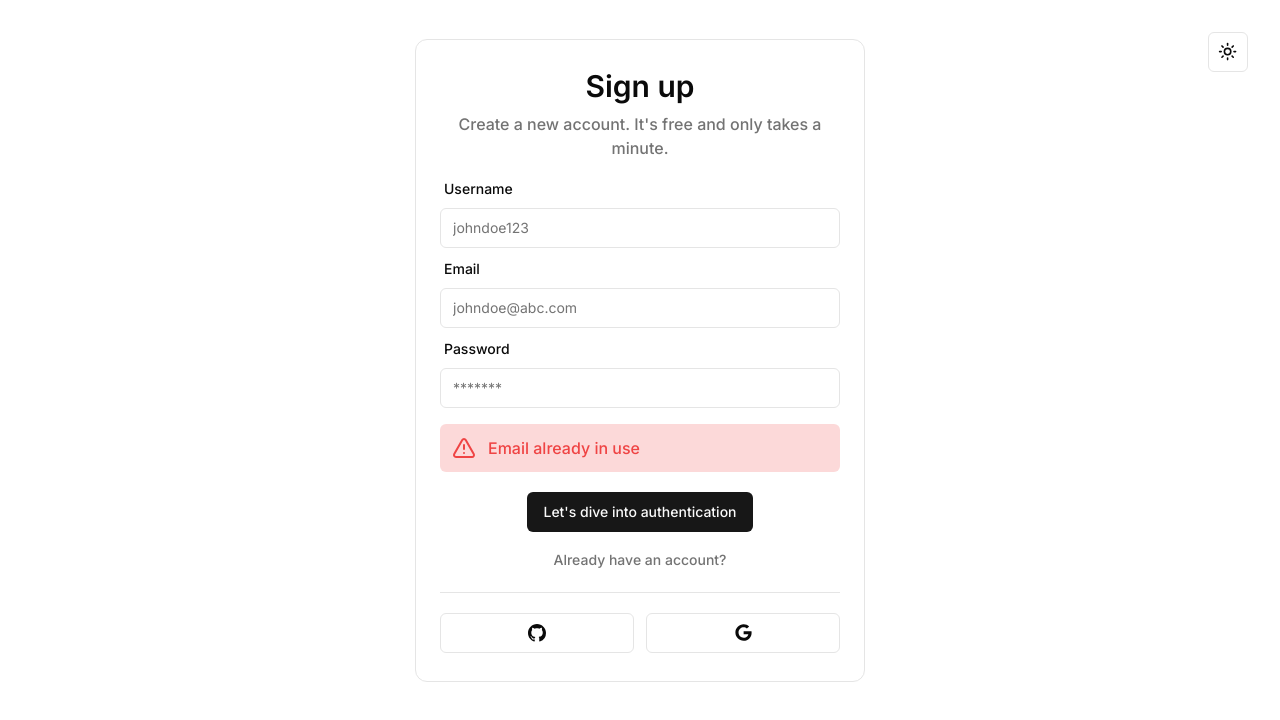
Repository: nickgoel31/authentication-toolkit
Page: /sign-up
The author's editor kept a copy of each file at every save. The page is drawn from the files as they stood at one save, then again after the next save.
The browser window is 1280 px wide. The pictures show the whole page.
The project was rebuilt for these pictures with package versions that can differ from the ones it lists, and the page was loaded fresh each time. The framework's server and built-in components were replaced by stand-ins that run in the browser. Also part of the build but not shown: next.config.mjs.

Above is the page before, as saved 2024-02-04 18:10:34.

### app/layout.tsx
import type { Metadata } from "next";
import { Inter } from "next/font/google";
import "./globals.css";
import { ThemeProvider } from "@/providers/theme-provider";
import { ModeToggle } from "@/components/mode-toggle";

const inter = Inter({ subsets: ["latin"] });

export const metadata: Metadata = {
  title: "Authentication App",
  description: "Generated by create next app",
};

export default function RootLayout({
  children,
}: Readonly<{
  children: React.ReactNode;
}>) {
  return (
    <html lang="en">
      <body className={inter.className}>
      <ThemeProvider
        attribute="class"
        defaultTheme="system"
        enableSystem
        disableTransitionOnChange
        >
        <div className="relative h-full">
          {children}
          <div className="absolute top-8 right-8">
            <ModeToggle />
          </div>
        </div>

      </ThemeProvider>
      </body>
    </html>
  );
}

### app/(auth)/layout.tsx
import React from 'react'

const AuthLayout = ({children} : {children:React.ReactNode}) => {
  return (
    <div className='h-full flex flex-col items-center justify-center'>
        {children}
    </div>
  )
}

export default AuthLayout

### app/(auth)/sign-up/page.tsx
import FormWrapper from '@/components/auth/form-wrapper'
import SignUpForm from '@/components/auth/sign-up-form'
import React from 'react'

const SignUpPage = () => {
  return (
    <FormWrapper
    title='Sign up'
    tag="Create a new account. It's free and only takes a minute."
    backLabel='Already have an account?'
    backHref='/sign-in'
    showSocial
    >
      <SignUpForm />
    </FormWrapper>
  )
}

export default SignUpPage

### app/globals.css
@tailwind base;
@tailwind components;
@tailwind utilities;

html,body{
  height: 100%;
}

@layer base {
  :root {
    --background: 0 0% 100%;
    --foreground: 0 0% 3.9%;

    --card: 0 0% 100%;
    --card-foreground: 0 0% 3.9%;

    --popover: 0 0% 100%;
    --popover-foreground: 0 0% 3.9%;

    --primary: 0 0% 9%;
    --primary-foreground: 0 0% 98%;

    --secondary: 0 0% 96.1%;
    --secondary-foreground: 0 0% 9%;

    --muted: 0 0% 96.1%;
    --muted-foreground: 0 0% 45.1%;

    --accent: 0 0% 96.1%;
    --accent-foreground: 0 0% 9%;

    --destructive: 0 84.2% 60.2%;
    --destructive-foreground: 0 0% 98%;

    --border: 0 0% 89.8%;
    --input: 0 0% 89.8%;
    --ring: 0 0% 3.9%;

    --radius: 0.5rem;
  }

  .dark {
    --background: 0 0% 3.9%;
    --foreground: 0 0% 98%;

    --card: 0 0% 3.9%;
    --card-foreground: 0 0% 98%;

    --popover: 0 0% 3.9%;
    --popover-foreground: 0 0% 98%;

    --primary: 0 0% 98%;
    --primary-foreground: 0 0% 9%;

    --secondary: 0 0% 14.9%;
    --secondary-foreground: 0 0% 98%;

    --muted: 0 0% 14.9%;
    --muted-foreground: 0 0% 63.9%;

    --accent: 0 0% 14.9%;
    --accent-foreground: 0 0% 98%;

    --destructive: 0 62.8% 30.6%;
    --destructive-foreground: 0 0% 98%;

    --border: 0 0% 14.9%;
    --input: 0 0% 14.9%;
    --ring: 0 0% 83.1%;
  }
}

@layer base {
  * {
    @apply border-border;
  }
  body {
    @apply bg-background text-foreground;
  }
}

### components/mode-toggle.tsx
"use client"

import * as React from "react"
import { Moon, Sun } from "lucide-react"
import { useTheme } from "next-themes"

import { Button } from "@/components/ui/button"
import {
  DropdownMenu,
  DropdownMenuContent,
  DropdownMenuItem,
  DropdownMenuTrigger,
} from "@/components/ui/dropdown-menu"

export function ModeToggle() {
  const { setTheme } = useTheme()

  return (
    <DropdownMenu>
      <DropdownMenuTrigger asChild>
        <Button variant="outline" size="icon">
          <Sun className="h-[1.2rem] w-[1.2rem] rotate-0 scale-100 transition-all dark:-rotate-90 dark:scale-0" />
          <Moon className="absolute h-[1.2rem] w-[1.2rem] rotate-90 scale-0 transition-all dark:rotate-0 dark:scale-100" />
          <span className="sr-only">Toggle theme</span>
        </Button>
      </DropdownMenuTrigger>
      <DropdownMenuContent align="end">
        <DropdownMenuItem onClick={() => setTheme("light")}>
          Light
        </DropdownMenuItem>
        <DropdownMenuItem onClick={() => setTheme("dark")}>
          Dark
        </DropdownMenuItem>
        <DropdownMenuItem onClick={() => setTheme("system")}>
          System
        </DropdownMenuItem>
      </DropdownMenuContent>
    </DropdownMenu>
  )
}

### components/auth/form-wrapper.tsx
import React from 'react'
import { Button } from '../ui/button';
import { FaGoogle } from 'react-icons/fa6';
import { BsGithub } from 'react-icons/bs';
import Link from 'next/link';

interface FormWrapperProps {
    children:React.ReactNode;
    title?: string | undefined;
    tag?: string | undefined;
    showSocial?: boolean;
    backHref: string;
    backLabel?: string | undefined;
}

const FormWrapper = ({children, title, tag, backHref, backLabel, showSocial=false} : FormWrapperProps) => {
  return (
    <div className='flex flex-col items-center justify-center text-center p-6 py-7 border w-[450px] rounded-xl'>
        <div className='flex flex-col gap-2'>
            <h2 className='text-3xl font-semibold'>{title}</h2>
            <p className='text-muted-foreground font-medium'>{tag}</p>
            <div className='mt-2 flex flex-col text-start'>
                {children}
            </div>

            <div className='items-center flex justify-center'>
                <Button variant={"link"} className='text-muted-foreground text-sm'><Link href={backHref}>{backLabel}</Link></Button>
            </div>

        </div>
        <div className='w-full'>
            {showSocial && (
                <>
                    <hr  className='mt-3 mb-5'/>
                    <div className='flex items-center justify-center gap-3 w-full'>
                        <Button variant={'outline'} className='w-full'><BsGithub size={18}/></Button>
                        <Button variant={'outline'} className='w-full flex items-center gap-2'>
                            <FaGoogle size={17}/></Button>
                    </div>
                </>
            )}
        </div>
    </div>
  )
}

export default FormWrapper

### components/auth/sign-up-form.tsx
"use client"

import React from 'react'
import { zodResolver } from "@hookform/resolvers/zod"
import { useForm } from "react-hook-form"
import { z } from "zod"

import { Button } from "@/components/ui/button"
import {
  Form,
  FormControl,
  FormDescription,
  FormField,
  FormItem,
  FormLabel,
  FormMessage,
} from "@/components/ui/form"
import { Input } from "@/components/ui/input"
import { registerSchema } from '@/schemas'
import { register } from '@/actions/register'
import ErrorMessage from './error-message'
import SuccessMessage from './success-message'

const SignUpForm = () => {

    const form = useForm<z.infer<typeof registerSchema>>({
        resolver: zodResolver(registerSchema),
        defaultValues:{
            userName:"",
            email:"",
            password: ""
        }
    })

    const onSubmit = (values: z.infer<typeof registerSchema>) => {
        register(values);
    }


  return (
    <Form {...form}>
        <form  onSubmit={form.handleSubmit(onSubmit)}>

            <FormField
                control={form.control}
                name="userName"
                render={({field}) => (
                <FormItem>
                    <FormLabel className='ml-1'>Username</FormLabel>
                    <FormControl>
                        <Input type='text' placeholder='johndoe123' {...field}/>
                    </FormControl>
                    <FormDescription />
                    <FormMessage />
                </FormItem>
                )}
            />

            <FormField
                control={form.control}
                name="email"
                render={({field}) => (
                <FormItem>
                    <FormLabel className='ml-1'>Email</FormLabel>
                    <FormControl>
                        <Input type='email' placeholder='johndoe@abc.com' {...field}/>
                    </FormControl>
                    <FormDescription />
                    <FormMessage />
                </FormItem>
                )}
            />
            <FormField
                control={form.control}
                name="password"
                render={({field}) => (
                <FormItem>
                    <FormLabel className='ml-1'>Password</FormLabel>
                    <FormControl>
                        <Input type='password' placeholder='*******' {...field}/>
                    </FormControl>
                    <FormDescription />
                    <FormMessage />
                </FormItem>
                )}
            />

            <ErrorMessage message='Email already in use'/>
            <SuccessMessage />

            <div className='w-full items-center justify-center flex mt-5'>
                <Button type='submit' className=''>Let's dive into authentication</Button>
            </div>
        </form>
    </Form>
  )
}

export default SignUpForm

### components/ui/button.tsx
import * as React from "react"
import { Slot } from "@radix-ui/react-slot"
import { cva, type VariantProps } from "class-variance-authority"

import { cn } from "@/lib/utils"

const buttonVariants = cva(
  "inline-flex items-center justify-center whitespace-nowrap rounded-md text-sm font-medium ring-offset-background transition-colors focus-visible:outline-none focus-visible:ring-2 focus-visible:ring-ring focus-visible:ring-offset-2 disabled:pointer-events-none disabled:opacity-50",
  {
    variants: {
      variant: {
        default: "bg-primary text-primary-foreground hover:bg-primary/90",
        destructive:
          "bg-destructive text-destructive-foreground hover:bg-destructive/90",
        outline:
          "border border-input bg-background hover:bg-accent hover:text-accent-foreground",
        secondary:
          "bg-secondary text-secondary-foreground hover:bg-secondary/80",
        ghost: "hover:bg-accent hover:text-accent-foreground",
        link: "text-primary underline-offset-4 hover:underline",
      },
      size: {
        default: "h-10 px-4 py-2",
        sm: "h-9 rounded-md px-3",
        lg: "h-11 rounded-md px-8",
        icon: "h-10 w-10",
      },
    },
    defaultVariants: {
      variant: "default",
      size: "default",
    },
  }
)

export interface ButtonProps
  extends React.ButtonHTMLAttributes<HTMLButtonElement>,
    VariantProps<typeof buttonVariants> {
  asChild?: boolean
}

const Button = React.forwardRef<HTMLButtonElement, ButtonProps>(
  ({ className, variant, size, asChild = false, ...props }, ref) => {
    const Comp = asChild ? Slot : "button"
    return (
      <Comp
        className={cn(buttonVariants({ variant, size, className }))}
        ref={ref}
        {...props}
      />
    )
  }
)
Button.displayName = "Button"

export { Button, buttonVariants }

### components/ui/form.tsx
import * as React from "react"
import * as LabelPrimitive from "@radix-ui/react-label"
import { Slot } from "@radix-ui/react-slot"
import {
  Controller,
  ControllerProps,
  FieldPath,
  FieldValues,
  FormProvider,
  useFormContext,
} from "react-hook-form"

import { cn } from "@/lib/utils"
import { Label } from "@/components/ui/label"

const Form = FormProvider

type FormFieldContextValue<
  TFieldValues extends FieldValues = FieldValues,
  TName extends FieldPath<TFieldValues> = FieldPath<TFieldValues>
> = {
  name: TName
}

const FormFieldContext = React.createContext<FormFieldContextValue>(
  {} as FormFieldContextValue
)

const FormField = <
  TFieldValues extends FieldValues = FieldValues,
  TName extends FieldPath<TFieldValues> = FieldPath<TFieldValues>
>({
  ...props
}: ControllerProps<TFieldValues, TName>) => {
  return (
    <FormFieldContext.Provider value={{ name: props.name }}>
      <Controller {...props} />
    </FormFieldContext.Provider>
  )
}

const useFormField = () => {
  const fieldContext = React.useContext(FormFieldContext)
  const itemContext = React.useContext(FormItemContext)
  const { getFieldState, formState } = useFormContext()

  const fieldState = getFieldState(fieldContext.name, formState)

  if (!fieldContext) {
    throw new Error("useFormField should be used within <FormField>")
  }

  const { id } = itemContext

  return {
    id,
    name: fieldContext.name,
    formItemId: `${id}-form-item`,
    formDescriptionId: `${id}-form-item-description`,
    formMessageId: `${id}-form-item-message`,
    ...fieldState,
  }
}

type FormItemContextValue = {
  id: string
}

const FormItemContext = React.createContext<FormItemContextValue>(
  {} as FormItemContextValue
)

const FormItem = React.forwardRef<
  HTMLDivElement,
  React.HTMLAttributes<HTMLDivElement>
>(({ className, ...props }, ref) => {
  const id = React.useId()

  return (
    <FormItemContext.Provider value={{ id }}>
      <div ref={ref} className={cn("space-y-2", className)} {...props} />
    </FormItemContext.Provider>
  )
})
FormItem.displayName = "FormItem"

const FormLabel = React.forwardRef<
  React.ElementRef<typeof LabelPrimitive.Root>,
  React.ComponentPropsWithoutRef<typeof LabelPrimitive.Root>
>(({ className, ...props }, ref) => {
  const { error, formItemId } = useFormField()

  return (
    <Label
      ref={ref}
      className={cn(error && "text-destructive", className)}
      htmlFor={formItemId}
      {...props}
    />
  )
})
FormLabel.displayName = "FormLabel"

const FormControl = React.forwardRef<
  React.ElementRef<typeof Slot>,
  React.ComponentPropsWithoutRef<typeof Slot>
>(({ ...props }, ref) => {
  const { error, formItemId, formDescriptionId, formMessageId } = useFormField()

  return (
    <Slot
      ref={ref}
      id={formItemId}
      aria-describedby={
        !error
          ? `${formDescriptionId}`
          : `${formDescriptionId} ${formMessageId}`
      }
      aria-invalid={!!error}
      {...props}
    />
  )
})
FormControl.displayName = "FormControl"

const FormDescription = React.forwardRef<
  HTMLParagraphElement,
  React.HTMLAttributes<HTMLParagraphElement>
>(({ className, ...props }, ref) => {
  const { formDescriptionId } = useFormField()

  return (
    <p
      ref={ref}
      id={formDescriptionId}
      className={cn("text-sm text-muted-foreground", className)}
      {...props}
    />
  )
})
FormDescription.displayName = "FormDescription"

const FormMessage = React.forwardRef<
  HTMLParagraphElement,
  React.HTMLAttributes<HTMLParagraphElement>
>(({ className, children, ...props }, ref) => {
  const { error, formMessageId } = useFormField()
  const body = error ? String(error?.message) : children

  if (!body) {
    return null
  }

  return (
    <p
      ref={ref}
      id={formMessageId}
      className={cn("text-sm font-medium text-destructive", className)}
      {...props}
    >
      {body}
    </p>
  )
})
FormMessage.displayName = "FormMessage"

export {
  useFormField,
  Form,
  FormItem,
  FormLabel,
  FormControl,
  FormDescription,
  FormMessage,
  FormField,
}

### components/ui/input.tsx
import * as React from "react"

import { cn } from "@/lib/utils"

export interface InputProps
  extends React.InputHTMLAttributes<HTMLInputElement> {}

const Input = React.forwardRef<HTMLInputElement, InputProps>(
  ({ className, type, ...props }, ref) => {
    return (
      <input
        type={type}
        className={cn(
          "flex h-10 w-full rounded-md border border-input bg-background px-3 py-2 text-sm ring-offset-background file:border-0 file:bg-transparent file:text-sm file:font-medium placeholder:text-muted-foreground focus-visible:outline-none focus-visible:ring-2 focus-visible:ring-ring focus-visible:ring-offset-2 disabled:cursor-not-allowed disabled:opacity-50",
          className
        )}
        ref={ref}
        {...props}
      />
    )
  }
)
Input.displayName = "Input"

export { Input }

### schemas/index.ts
import {z} from "zod"

export const loginSchema = z.object({
    email: z.string().email(),
    password: z.string().min(1, {
        message: "Password must not be empty"
    })
})

export const registerSchema = z.object({
    userName:  z.string().min(4,{message: "Username cannot be blank"}),
    email: z.string().email(),
    password: z.string().min(5, {
        message: "Password must contain at least 5 characters"
    }).includes("@",{
        message: "Password should contain @ symbol"
    })
})

### actions/register.ts
"use server"

import { db } from "@/lib/db";
import { registerSchema } from "@/schemas"
import { z } from "zod"
import bcryptjs from "bcryptjs"
import { getUserByEmail } from "@/helpers/auth-helper";

export const register = async (values: z.infer<typeof registerSchema>) => {

    //Revalidate Fields

    const validatedFields = registerSchema.safeParse(values);

    if(!validatedFields.success){
        return {error: "Email already exists"}
    }

    //hashedPassword
    const hashedPassword = await bcryptjs.hash(validatedFields.data.password, 10);

    const existingUser = await getUserByEmail(validatedFields.data.email)

    if(existingUser?.email === validatedFields.data.email){
        return {error: "Email already in use"}
    }


    //create a user

    await db.user.create({
        data:{
            userName: validatedFields.data.userName,
            email: validatedFields.data.email,
            password:  hashedPassword,
        }
    })

    return { success : "Email Sent Successfully"}

}

### components/auth/error-message.tsx
import { AlertTriangle } from 'lucide-react'
import React from 'react'

const ErrorMessage = ({message} : {message : string}) => {

    if(!message) return null;

  return (
    <div className='w-full p-3 flex items-center bg-destructive/20 text-destructive mt-4 gap-3 font-medium mb-4 rounded-md'>
        <AlertTriangle />
        {message}
    </div>
  )
}

export default ErrorMessage

### components/ui/label.tsx
"use client"

import * as React from "react"
import * as LabelPrimitive from "@radix-ui/react-label"
import { cva, type VariantProps } from "class-variance-authority"

import { cn } from "@/lib/utils"

const labelVariants = cva(
  "text-sm font-medium leading-none peer-disabled:cursor-not-allowed peer-disabled:opacity-70"
)

const Label = React.forwardRef<
  React.ElementRef<typeof LabelPrimitive.Root>,
  React.ComponentPropsWithoutRef<typeof LabelPrimitive.Root> &
    VariantProps<typeof labelVariants>
>(({ className, ...props }, ref) => (
  <LabelPrimitive.Root
    ref={ref}
    className={cn(labelVariants(), className)}
    {...props}
  />
))
Label.displayName = LabelPrimitive.Root.displayName

export { Label }

### lib/db.ts
import { PrismaClient } from "@prisma/client";

declare global {
    var prisma: PrismaClient | undefined;
}

export const db = globalThis.prisma || new PrismaClient()
if (process.env.NODE_ENV !== 'production') globalThis.prisma = db

### helpers/auth-helper.ts
import { db } from "@/lib/db";

export const getUserByEmail = async (email: string) => {

    const user = await db.user.findUnique({
        where:{
            email
        }
    })

    return user;

}

### components/auth/success-message.tsx
import { Check, CheckCircle } from 'lucide-react'
import React from 'react'

const SuccessMessage = ({message} : {message : string}) => {

  if(!message) return null;

  return (
    <div className='w-full p-3 flex items-center bg-emerald-600/20 text-emerald-600 mt-4 gap-3 font-medium mb-4 rounded-md'>
        <CheckCircle />
        {message}
    </div>
  )
}

export default SuccessMessage

Loaded but not shown: providers/theme-provider.tsx (common file); lib/utils.ts (common file); tailwind.config.ts (common file); components/ui/dropdown-menu.tsx (200 lines, source omitted)

After the next save:
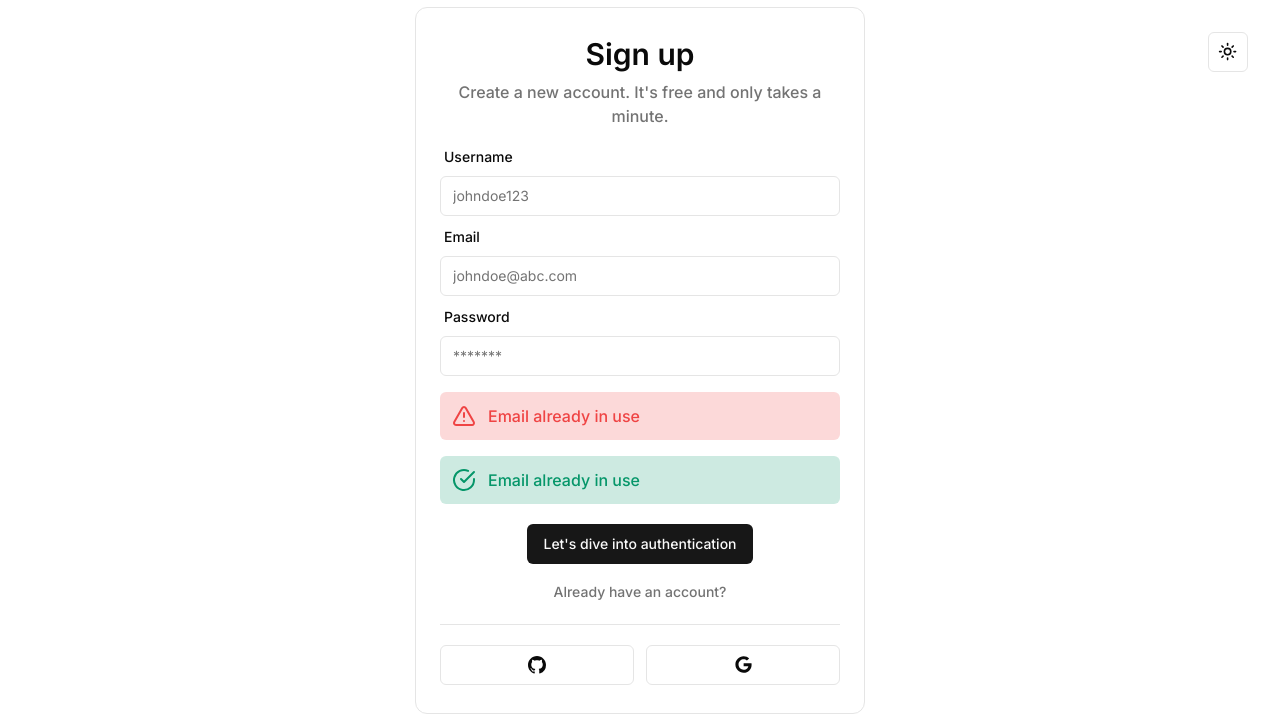
Saved 5 s later.
--- a/components/auth/sign-up-form.tsx
+++ b/components/auth/sign-up-form.tsx
@@ -86,7 +86,7 @@ const SignUpForm = () => {
             />
 
             <ErrorMessage message='Email already in use'/>
-            <SuccessMessage />
+            <SuccessMessage message='Email already in use'/>
 
             <div className='w-full items-center justify-center flex mt-5'>
                 <Button type='submit' className=''>Let's dive into authentication</Button>
